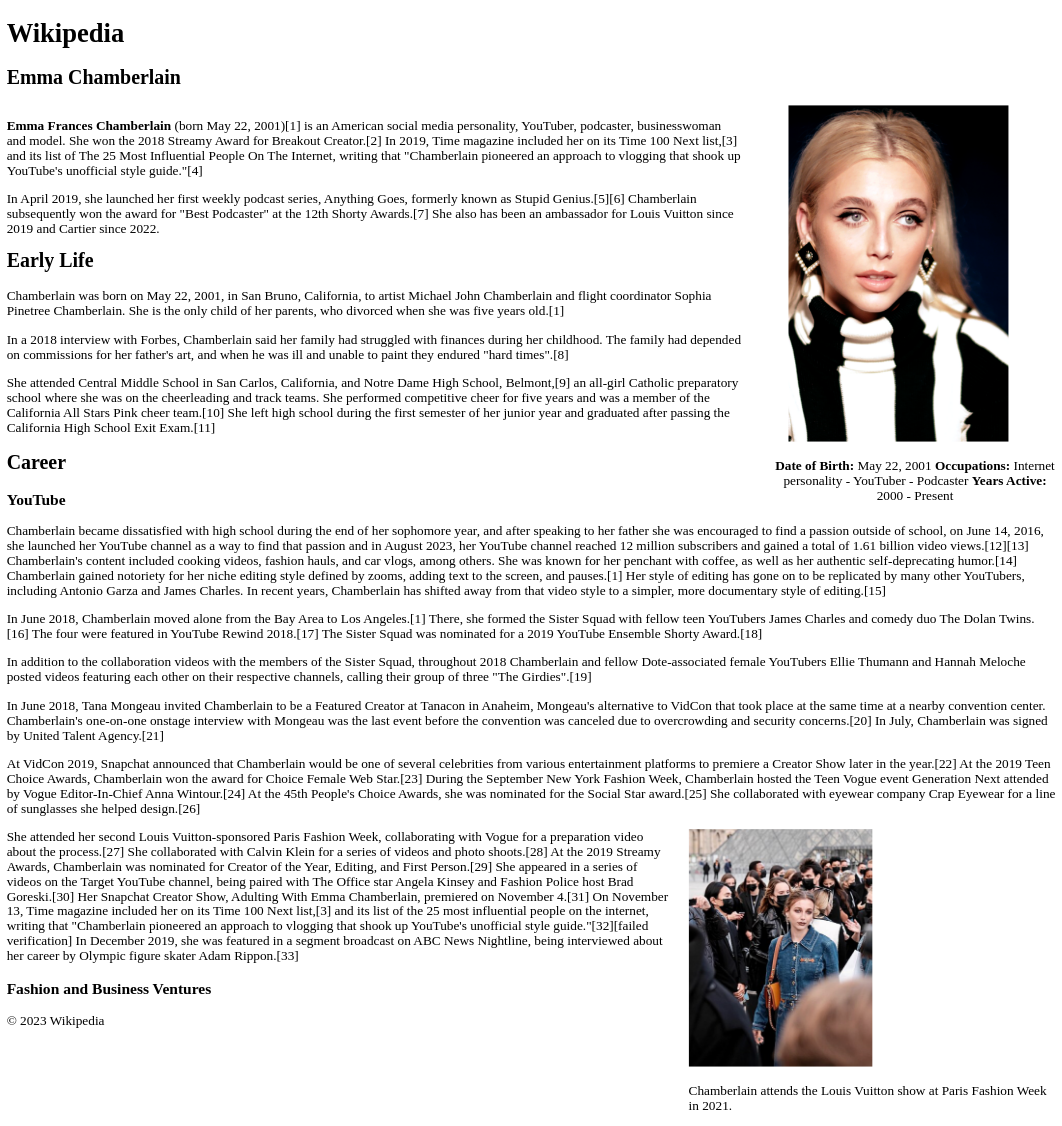
Repository: ethan-schrauf/UniversalDesignWebsite
Page: wikipedia.html
An editor plug-in stored every save of this project. The page is shown before and after the next save, followed by the edit.
The browser window is 1280 px wide. The pictures show the whole page, at 83% of full size.

Above is the page before, as saved 2023-09-29 23:04:11.

After the next save:
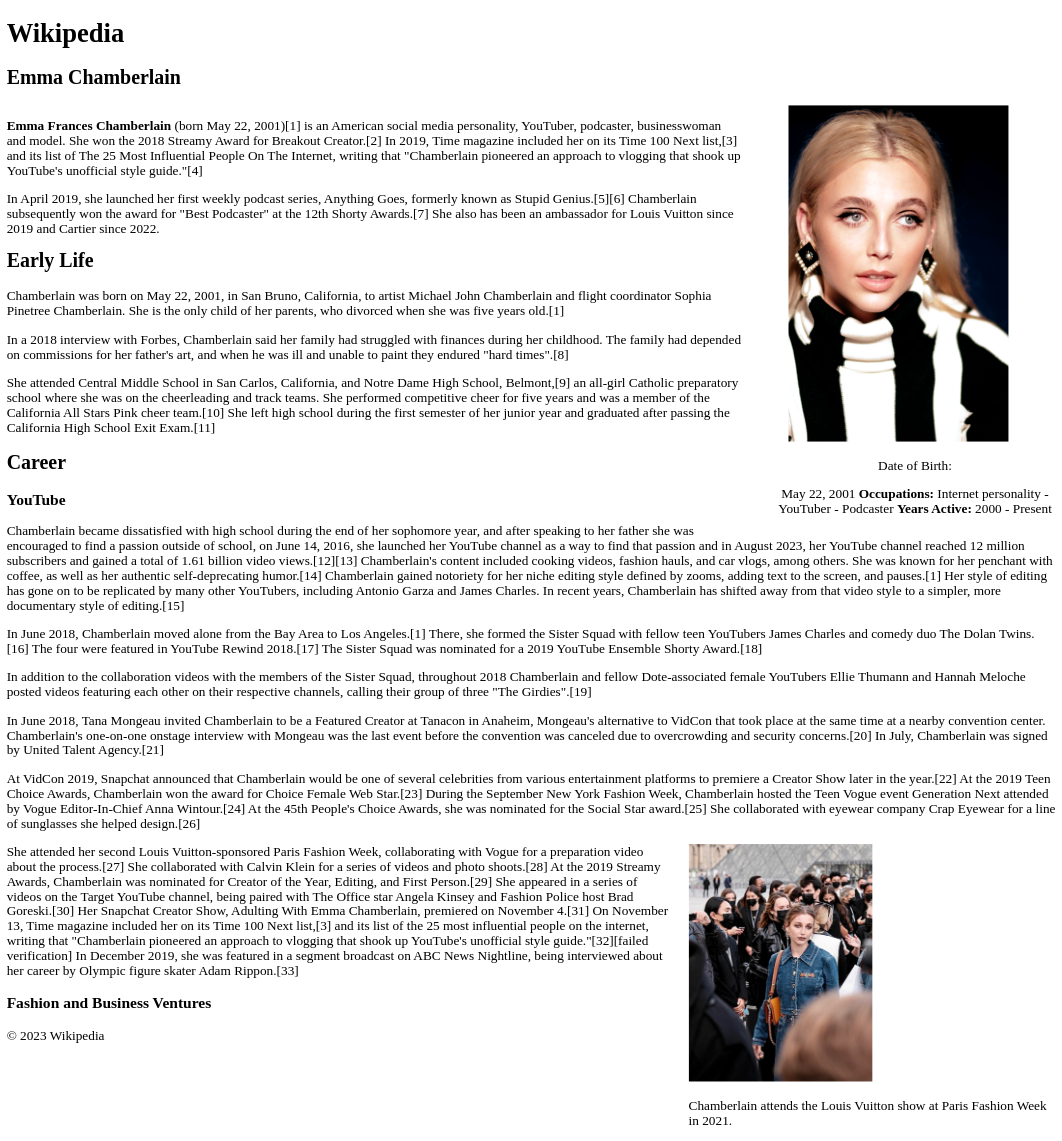
Saved 18 s later.
--- a/wikipedia.html
+++ b/wikipedia.html
@@ -55,7 +55,7 @@
     <section id="infobox">
         <img src="images/emma_info_photo.png" alt="Emma Chamberlain in a black striped sweater with black and gold earrings." width="70%">
         <ul>
-            <b>Date of Birth:</b> May 22, 2001
+            <p>Date of Birth:</p> May 22, 2001
             <b>Occupations:</b> Internet personality - YouTuber - Podcaster
             <b>Years Active:</b> 2000 - Present
         </ul>

After the save that followed:
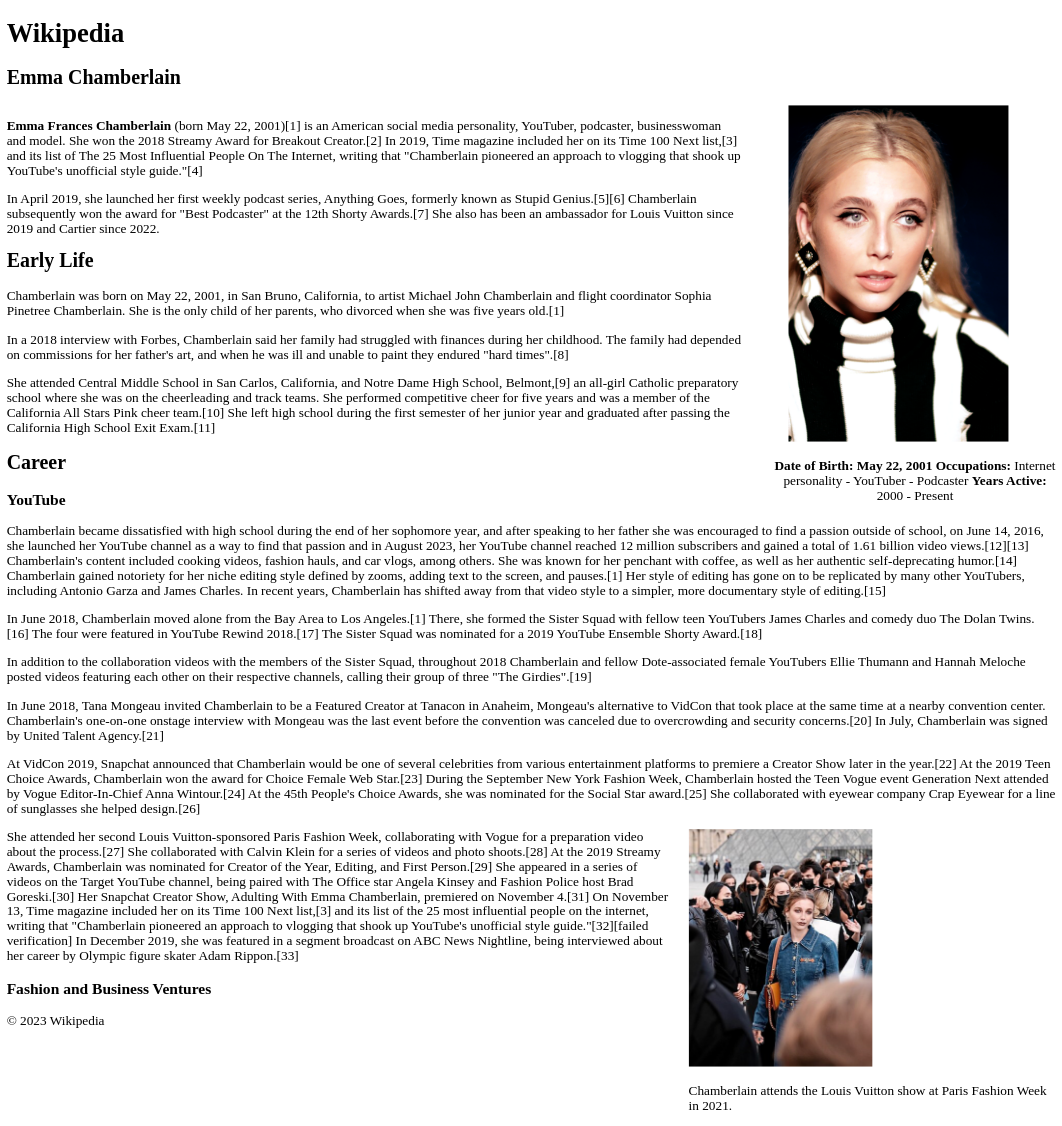
Saved 8 s later.
--- a/wikipedia.html
+++ b/wikipedia.html
@@ -55,7 +55,7 @@
     <section id="infobox">
         <img src="images/emma_info_photo.png" alt="Emma Chamberlain in a black striped sweater with black and gold earrings." width="70%">
         <ul>
-            <p>Date of Birth:</p> May 22, 2001
+            <b>Date of Birth: May 22, 2001</b>
             <b>Occupations:</b> Internet personality - YouTuber - Podcaster
             <b>Years Active:</b> 2000 - Present
         </ul>
